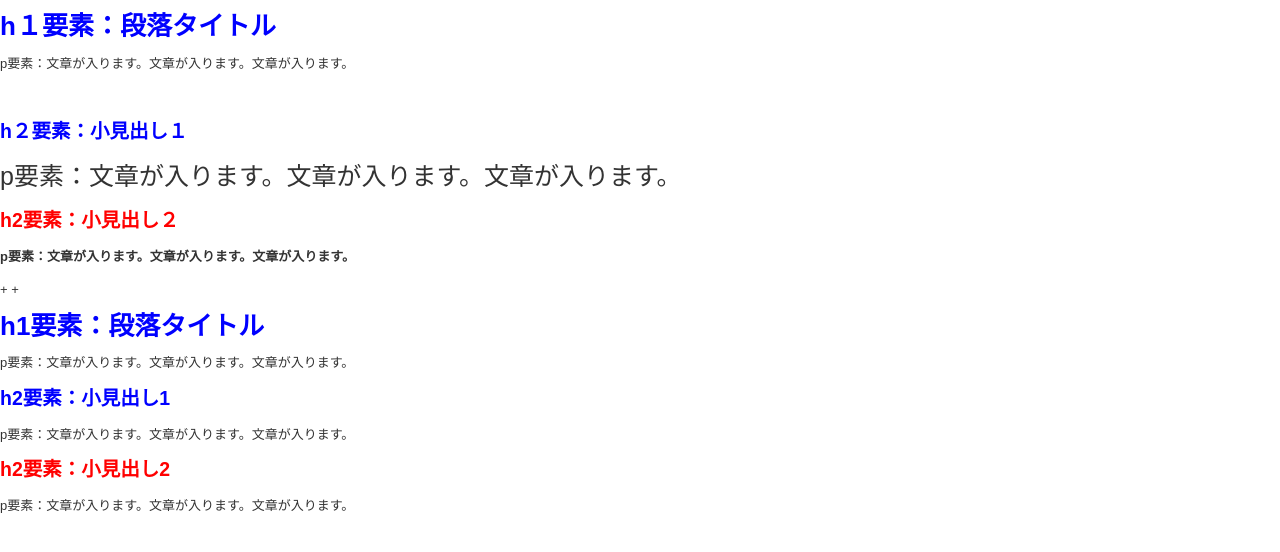
Repository: Habo-10/samurai_HTML-CSS
Page: index.html
The author's editor kept a record of every edit. The page is drawn from the files as they stood at one moment, then again after the next edit.
The browser window is 1280 px wide. The pictures show the whole page.

Above is the page before.

### index.html
<!DOCTYPE html>
<html lang="ja">
  <head>
    <meta charset="UTF-8">
    <title>HTML/CSSの学習</title>
        <style>
            #red {
                color: red;
            }
            .blue {
                color: blue;
            }
        </style>
  </head>
  <body>
    <h1 class="blue">h１要素：段落タイトル</h1>
    <p>p要素：文章が入ります。文章が入ります。文章が入ります。</p>
　　<h2 class="blue">h２要素：小見出し１</h2>
        <P style="font-size: 25px;">
            p要素：文章が入ります。文章が入ります。文章が入ります。
        </P>
            <h2 id="red">h2要素：小見出し２</h2>
        <p style="font-weight: bold;">
            p要素：文章が入ります。文章が入ります。文章が入ります。
        </p>
  </body>
</html><!DOCTYPE html>
<html lang="ja">
  <head>
    <meta charset="UTF-8">
    <title>HTML/CSSの学習</title>
+    <!-- stylesheet.cssの読み込み -->
+    <link rel="stylesheet" href="stylesheet.css">
  </head>
  <body>
    <h1 class="blue">h1要素：段落タイトル</h1>
    <p>p要素：文章が入ります。文章が入ります。文章が入ります。</p>
    <h2 class="blue">h2要素：小見出し1</h2>
    <p class="fs-25">
      p要素：文章が入ります。文章が入ります。文章が入ります。
    </p>
    <h2 id="red">h2要素：小見出し2</h2>
    <p class="fw-bold">
      p要素：文章が入ります。文章が入ります。文章が入ります。
    </p>
  </body>
</html>

### stylesheet.css
@charset "utf-8";

body {
    margin: 0;
    padding: 0;
    font-family: "ヒラギノ角ゴ Pro W3", "Hiragino Kaku Gothic Pro", "メイリオ", Meiryo, Osaka, "ＭＳ Ｐゴシック", "MS PGothic", sans-serif;
	color: #333;
	font-size: 13px;
	line-height: 150%;
}
/*-------------------------wrapper----------------------*/
#wrapper {
    width: 100%;
    margin: auto;
    padding: 0px;
    border: 0px;
    background-color: #FFF;
    top: 10px;
    position: relative;
}

/*-------------------------header-----------------------*/
#header {
    width:100%;
}
#header h1 {
    margin: 0;
    padding: 0;
}

#corridor {
    width: 100%;
    height: auto;
}

/*------------------------footer-----------------------*/
#footer {
    clear: both;
    width: 100%;
    padding: 3px 0 3px 0;
    background: #39F;
    color: #FFF;
    font-weight: bold;
    text-align: center;
}

/*------------------------nav-------------------------*/
#nav {
    width: 100%;
}
#nav ul {
    margin: 0;
    padding: 0;
    list-style-type: none;
}
#nav ul li {
    float: left;
    width: 20%;
    text-align: center;
}
#nav ul li a {
    display: block;
    height: 20px;
    margin: 0;
    padding: 10px;
    color: #fff;
    font-size: 20px;
    text-decoration: none;
    background-color: green;
    border-left: 1px solid white;
}

#nav ul li a:hover {
    filter: drop-shadow(10px 10px 10px black);
}

/*---------------------container---------------------*/
#container {
    width: 100%;
    margin: auto;
    padding-top: 20px;
    clear: both;
}
/*------------------------main-----------------------*/
#main {
    float: left;
    width: 60%;
    padding: 10px 30px 10px 10px;
}
#main h2 {
    margin: 0 0 10px 0;
    color: #FFF;
    font-size: 16px;
    border-left: solid 10px #C00;
    background: #F90 url(../images/main_h2.jpg) right top repeat-y;
}
#main p {
    margin: 0;
    padding: 0;
}
#main .post {
    margin: 0 0 30px 0;
}
#main .post img.right {
    margin: 0 0 0 8px;
}
#main .post img.left {
    margin: 0 8px 0 0;
}
.right {
    float: right;
    width: 40%;
    height: auto;
}
.left {
    float: left;
    width: 40%;
    height: auto;
}
/*----------------------clearfix----------------------*/
.cleafix {
    zoom: 1;
}
.clearfix:after{
    content: "";
    display: block;
    clear: both;
}
/*---------------------side---------------------------*/
#side {
    float: right;
    width: 20%;
    padding: 20px;
    background-color: #F99;
}
#side .box {
    margin: 0 auto 30px auto;
    padding: 0 0 20px 0;
    background: url(images/side_box.png) bottom no-repeat;
}
#side .box h2 {
    margin: 0;
    padding: 8px;
    text-align: center;
    color: #fff;
    font-size: 16px;
    line-height: 16px;
    font-weight: normal;
    background: url(images/side_box_h2.png) center no-repeat;
}
#side .box .boxBody  {
    padding: 8px;
    border-right: solid 1px #C36;
    border-bottom: solid 1px #C36;
    border-left: solid 1px #C36;
    background: #fff;
}
#side .box .boxBody ul {
    margin: 0 0 16px 0;
    padding: 0;
}
#side .box .boxBody ul li {
    padding: 8px 0 8px 4px;
    list-style: none;
    border-bottom: solid 1px #C36;
}

#side .box .boxBody ul li:hover {
    padding: 8px 0 8px 4px;
    list-style: none;
    border-bottom: solid 1px #C36;
    box-hsadow: 0px 4px 4px rgba(0, 0, 0, 0.3)
}

After the next edit:
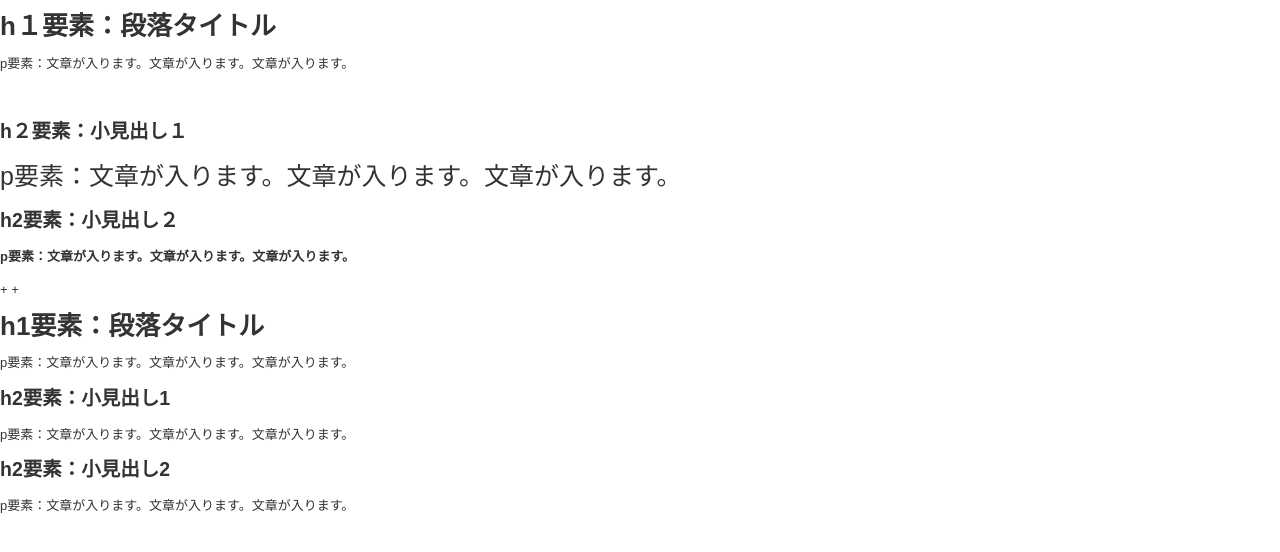
The edit:
--- a/index.html
+++ b/index.html
@@ -3,14 +3,8 @@
   <head>
     <meta charset="UTF-8">
     <title>HTML/CSSの学習</title>
-        <style>
-            #red {
-                color: red;
-            }
-            .blue {
-                color: blue;
-            }
-        </style>
+    <!-- stylesheet.cssの読み込み -->
+    <link rel="stylesheet" herf="stylesheet.css">
   </head>
   <body>
     <h1 class="blue">h１要素：段落タイトル</h1>
